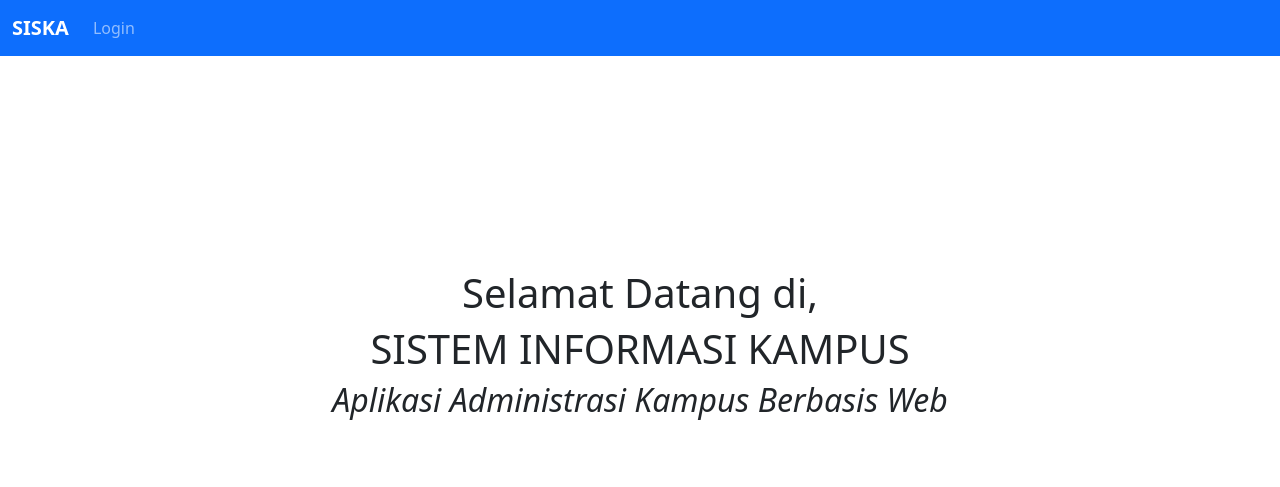
Repository: WiraAtma/administrasi-kampus
Page: http://localhost/
An editor plug-in stored every save of this project. The page is shown before and after the next save, followed by the edit.
The browser window is 1280 px wide. The pictures show the whole page.
The page is served by the project's Laravel application, run on PHP 8.4 with Laravel 12.

Above is the page before, as saved 2024-10-25 15:29:31.

After the next save:
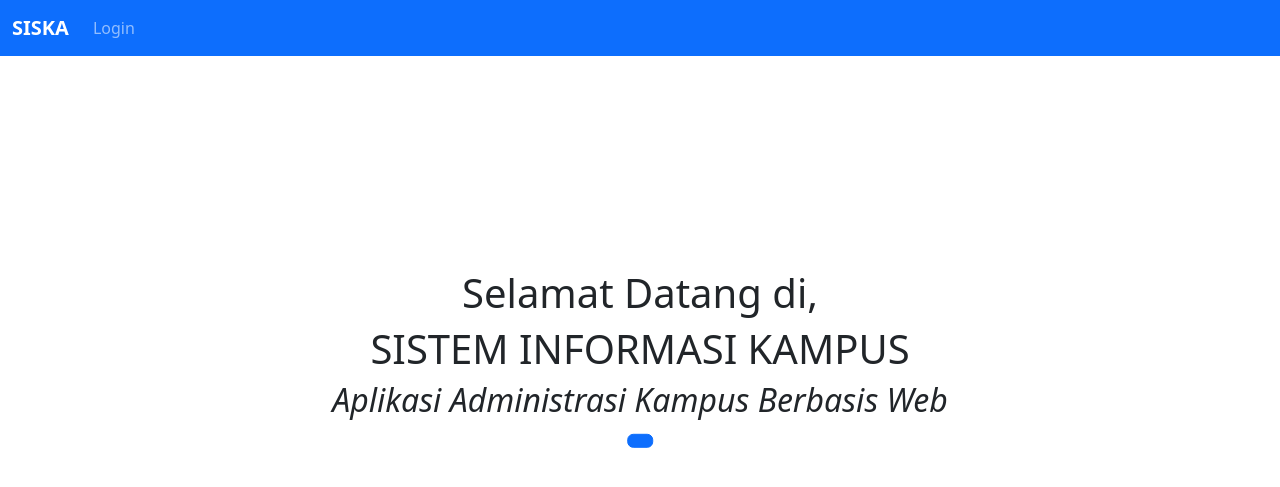
Saved 4 s later.
--- a/resources/views/home.blade.php
+++ b/resources/views/home.blade.php
@@ -8,7 +8,7 @@
         <h1>Selamat Datang di, </h1>
         <h1>SISTEM INFORMASI KAMPUS</h1>
         <h2><i>Aplikasi Administrasi Kampus Berbasis Web</i></h2>
-        <a class="btn btn" href=""></a>
+        <a class="btn btn-primary" href=""></a>
     </div>
 
 </div>
